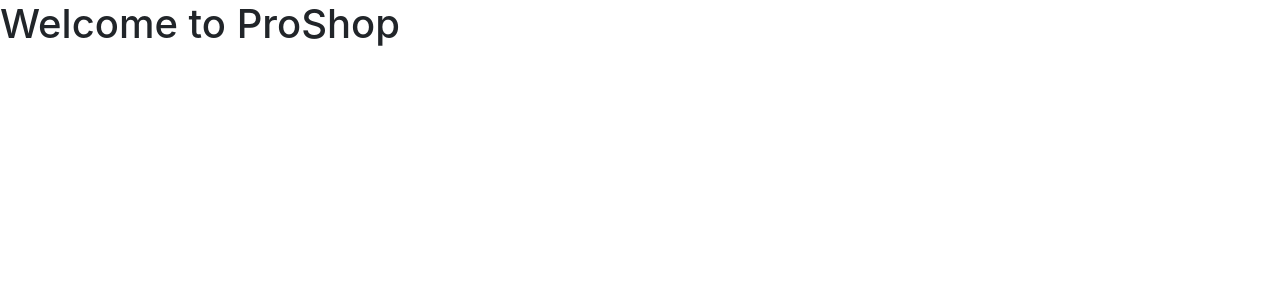
Repository: Lithium87/ProShop-v2
Page: / (app in frontend/)
An editor plug-in stored every save of this project. The page is shown before and after the next save, followed by the edit.
The browser window is 1280 px wide. The pictures show the whole page.
The project was rebuilt for these pictures with package versions that can differ from the ones it lists, and the page was loaded fresh each time.

Above is the page before, as saved 2024-11-22 19:19:02.

After the next save:
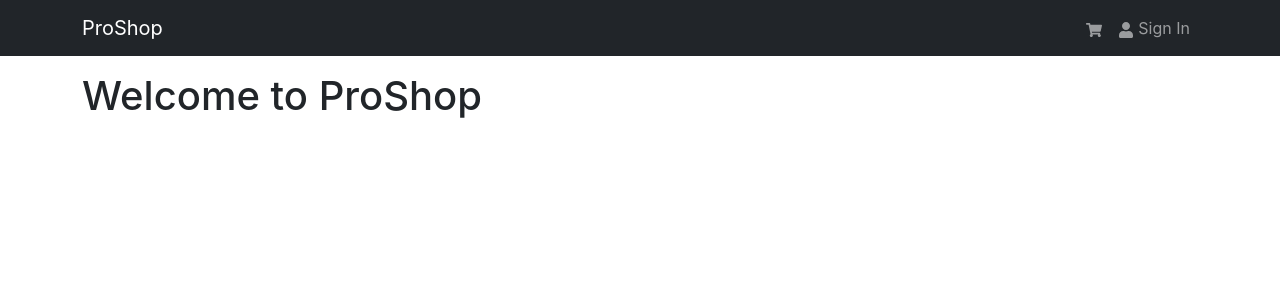
Saved 3 min 29 s later.
--- a/frontend/src/App.js
+++ b/frontend/src/App.js
@@ -1,10 +1,17 @@
 import React from 'react';
+import {Container} from 'react-bootstrap';
+import Header from './components/Header';
 
 const App = () => {
   return (
-    <div>
-      <h1>Welcome to ProShop</h1>
-    </div>
+    <React.Fragment>
+      <Header />
+      <main className="py-3">
+        <Container>
+          <h1>Welcome to ProShop</h1>
+        </Container>
+      </main>
+    </React.Fragment>
   );
 };
 
